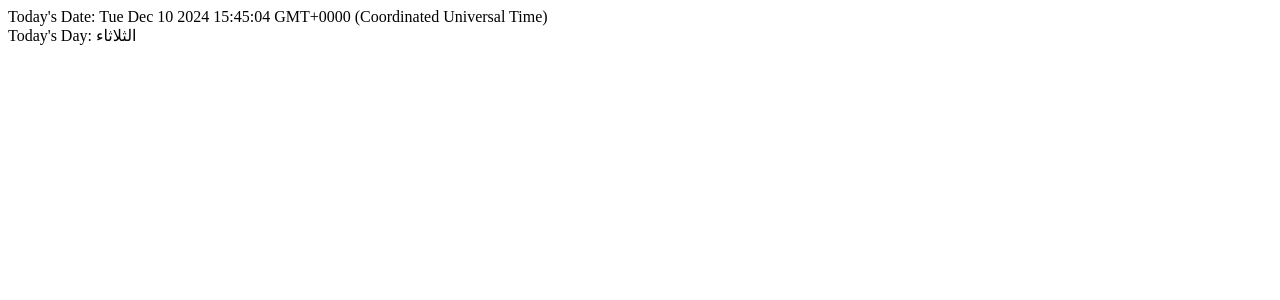
Repository: not-midozayn/JavaScript-Practice
Page: html-css-js-bootstrap labs solutions/CSTD lab 5/3.html
An editor plug-in stored every save of this project. The page is shown before and after the next save, followed by the edit.
The browser window is 1280 px wide. The pictures show the whole page.

Above is the page before, as saved 2025-05-18 23:26:54.

### html-css-js-bootstrap labs solutions/CSTD lab 5/3.html
<!DOCTYPE html>
<html lang="en">
<head>

    <title>3</title>
</head>
<body>
    <script>
        // var Days = ["Sunday","Monday","Tuesday","Wednesday","thursday","Friday","saturday"]
        var today = new Date();
        var day = today.toLocaleDateString("ar-EG", { weekday: "long" });

        document.write(`Today's Date: ${today}</br>Today's Day: ${day}<br>`);
        // document.write(Days[day]);
    </script>
</body>
</html>

After the next save:
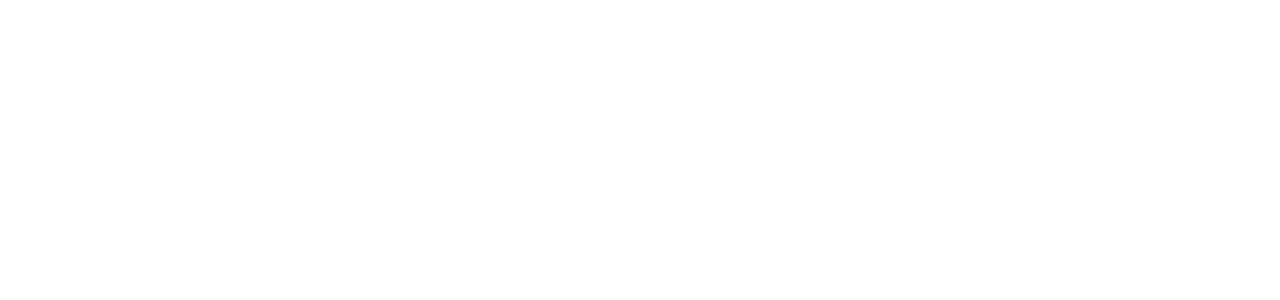
Console error: SyntaxError: Unexpected token ';'
Saved 27 s later.
--- a/html-css-js-bootstrap labs solutions/CSTD lab 5/3.html
+++ b/html-css-js-bootstrap labs solutions/CSTD lab 5/3.html
@@ -7,7 +7,7 @@
 <body>
     <script>
         // var Days = ["Sunday","Monday","Tuesday","Wednesday","thursday","Friday","saturday"]
-        var today = new Date();
+        var today = new Date().;
         var day = today.toLocaleDateString("ar-EG", { weekday: "long" });
 
         document.write(`Today's Date: ${today}</br>Today's Day: ${day}<br>`);

After the 6 saves that followed:
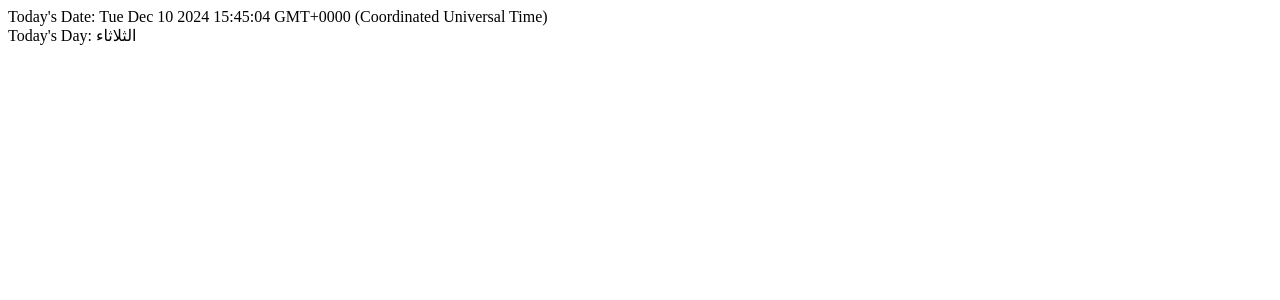
The error is gone.
The 6 saves are shown as one change because 1 left the picture as it was and some came seconds apart.
The last was saved 25 s later.
--- a/html-css-js-bootstrap labs solutions/CSTD lab 5/3.html
+++ b/html-css-js-bootstrap labs solutions/CSTD lab 5/3.html
@@ -7,9 +7,8 @@
 <body>
     <script>
         // var Days = ["Sunday","Monday","Tuesday","Wednesday","thursday","Friday","saturday"]
-        var today = new Date().;
+        var today = new Date();
         var day = today.toLocaleDateString("ar-EG", { weekday: "long" });
-
         document.write(`Today's Date: ${today}</br>Today's Day: ${day}<br>`);
         // document.write(Days[day]);
     </script>
